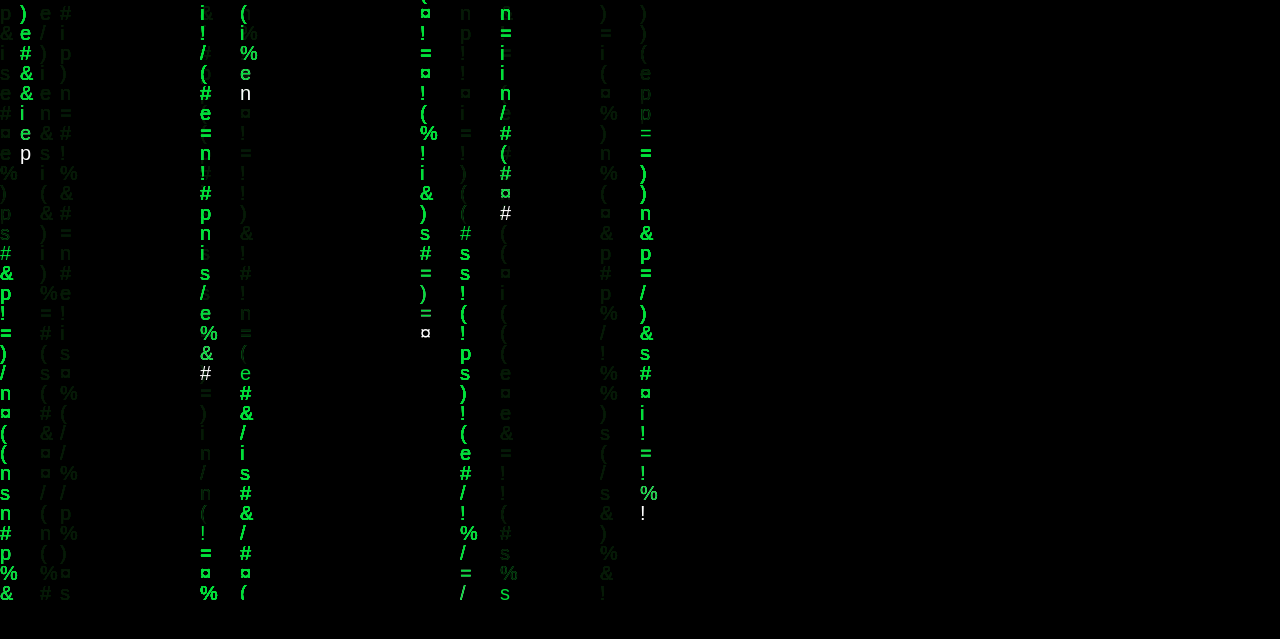
Repository: superdids/DAT152
Page: http://localhost/DigitalRain/
These files come from the project's save history. The page is drawn as it stood at one moment and after the next save; the edit follows.
The browser window is 1280 px wide. The pictures show the whole page.
The page is served by Tomcat 9.

Above is the page before, as saved 2015-08-31 09:10:09.

After the next save:
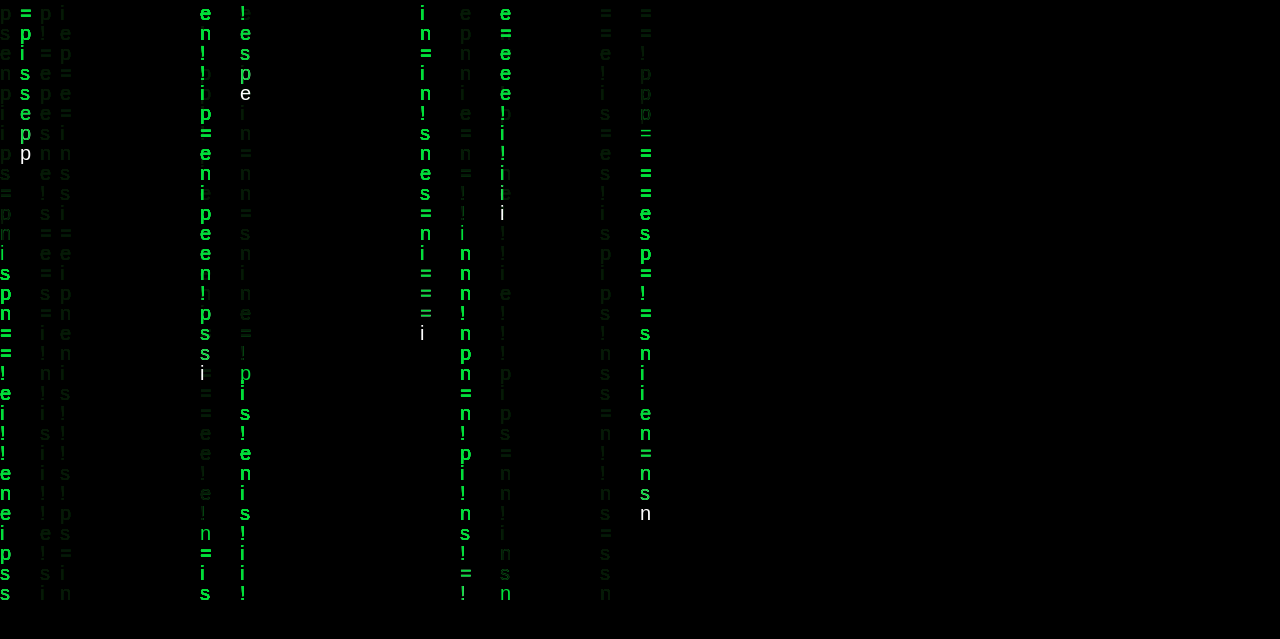
Saved 17 s later.
--- a/DigitalRain/WebContent/js/digitalRain.js
+++ b/DigitalRain/WebContent/js/digitalRain.js
@@ -3,7 +3,7 @@
 var canvas, ctx, fontSize, cols;
 //var symbols = generateSymbols();
 //var symbols = "あかさたないきしちにうくすつぬえけせてねおこそとのはまやらわひみりをふむゆるんへめれ".split("");
-var symbols = "penis!#¤%&/()=".split("");
+var symbols = "penis!=".split("");
 
 var drops = [];
 var toDim = [];
